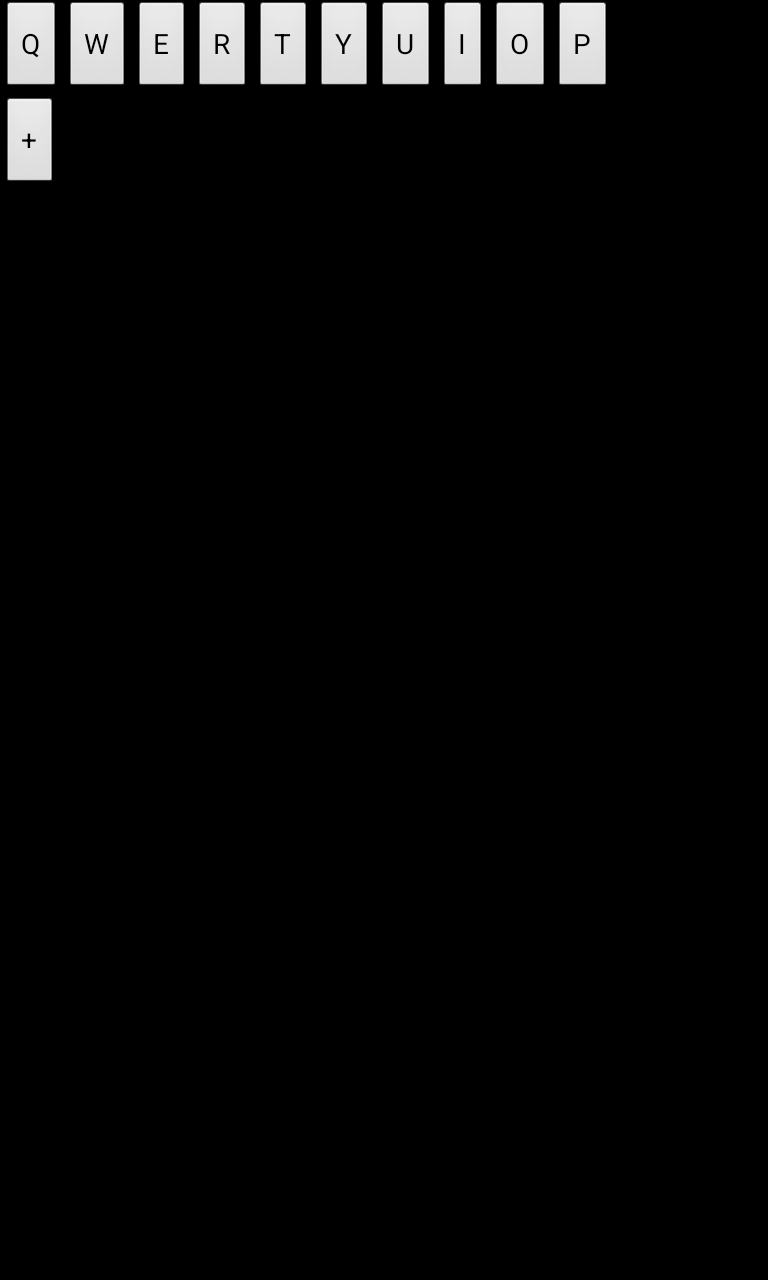
Repository: simplesns/workspace
Layout: eclipse/DEPuzzles/res/layout/ui_keypad.xml
These files come from the project's save history. The layout is drawn as it stood at one moment and after the next save; the edit follows.
It is drawn on a 768 x 1280 px phone screen (xhdpi) without system bars, with theme android:Theme; the app's code is not run.

Above is the layout before, as saved 2011-01-29 08:53:55.

After the next save:
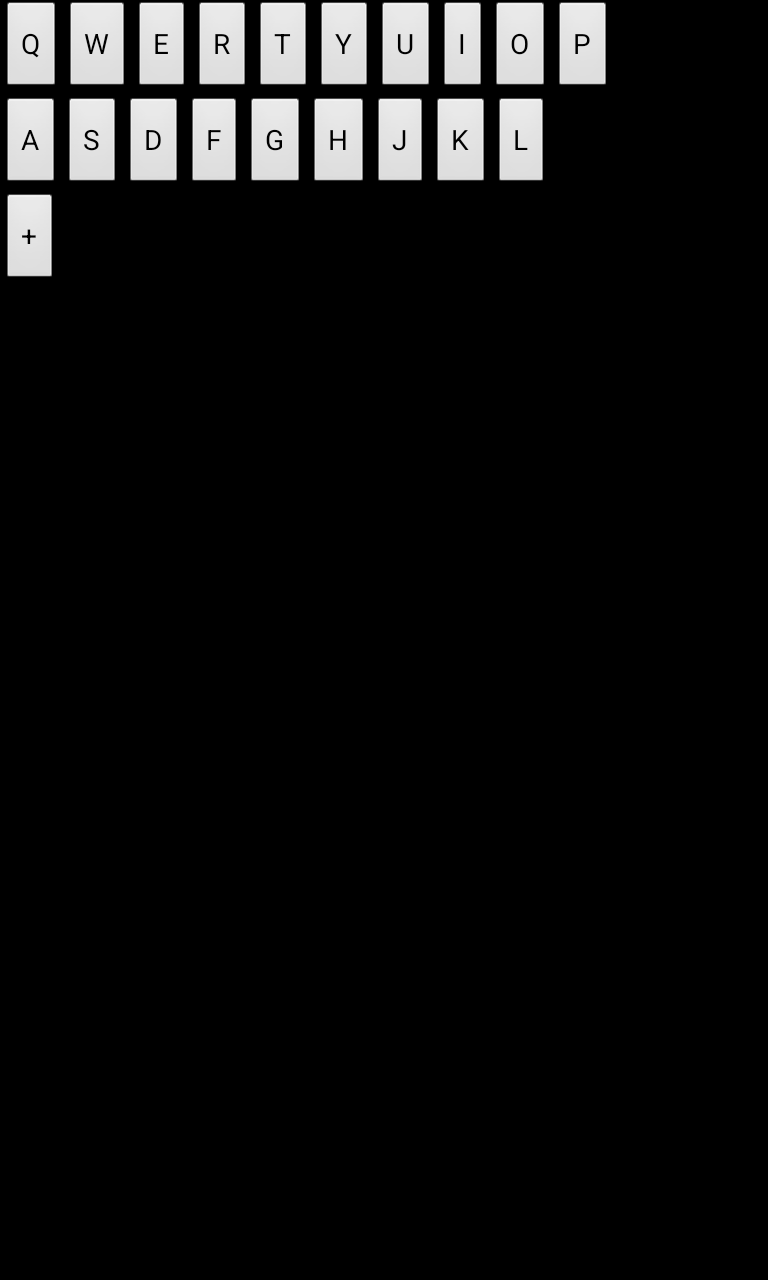
Saved 98 s later.
--- a/eclipse/DEPuzzles/res/layout/ui_keypad.xml
+++ b/eclipse/DEPuzzles/res/layout/ui_keypad.xml
@@ -26,7 +26,26 @@
 			android:layout_height="wrap_content" android:text="P" android:id="@+id/KeyPadP"></Button>
 	</LinearLayout>
 	<LinearLayout android:id="@+id/LinearLayout02"
-		android:layout_width="wrap_content" android:layout_height="wrap_content"></LinearLayout>
+		android:layout_width="wrap_content" android:layout_height="wrap_content">
+		<Button android:layout_width="wrap_content"
+			android:layout_height="wrap_content" android:text="A" android:id="@+id/KeyPadA"></Button>
+		<Button android:layout_width="wrap_content"
+			android:layout_height="wrap_content" android:text="S" android:id="@+id/KeyPadS"></Button>
+		<Button android:layout_width="wrap_content"
+			android:layout_height="wrap_content" android:text="D" android:id="@+id/KeyPadD"></Button>
+		<Button android:layout_width="wrap_content"
+			android:layout_height="wrap_content" android:text="F" android:id="@+id/KeyPadF"></Button>
+		<Button android:layout_width="wrap_content"
+			android:layout_height="wrap_content" android:text="G" android:id="@+id/KeyPadG"></Button>
+		<Button android:layout_width="wrap_content"
+			android:layout_height="wrap_content" android:text="H" android:id="@+id/KeyPadH"></Button>
+		<Button android:layout_width="wrap_content"
+			android:layout_height="wrap_content" android:text="J" android:id="@+id/KeyPadJ"></Button>
+		<Button android:layout_width="wrap_content"
+			android:layout_height="wrap_content" android:text="K" android:id="@+id/KeyPadK"></Button>
+		<Button android:layout_width="wrap_content"
+			android:layout_height="wrap_content" android:text="L" android:id="@+id/KeyPadL"></Button>
+	</LinearLayout>
 	<LinearLayout android:id="@+id/LinearLayout03"
 		android:layout_width="wrap_content" android:layout_height="wrap_content">
 		<Button android:text="+" android:layout_width="wrap_content"
